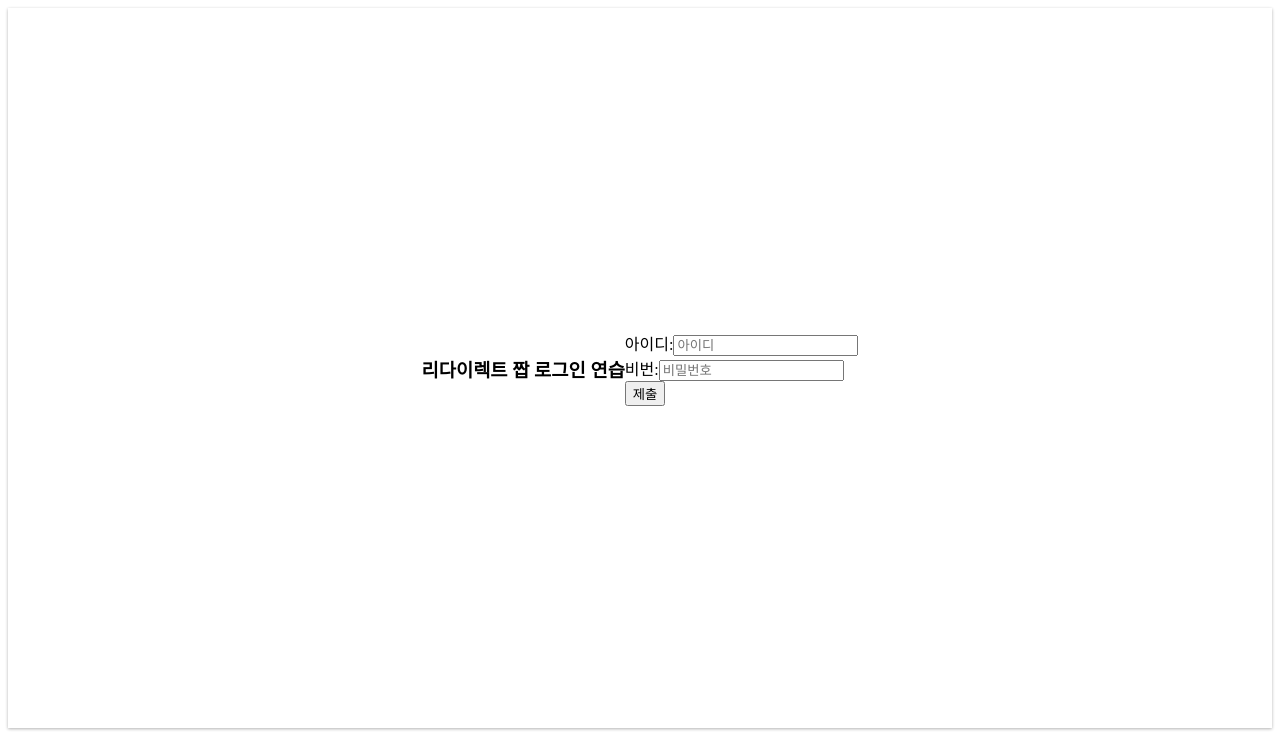
Repository: Muji1412/JSPstudy
Page: http://localhost/JSPbasic/response/Quiz01.jsp
These files come from the project's save history. The page is drawn as it stood at one moment and after the next save; the edit follows.
The browser window is 1280 px wide. The pictures show the whole page.
The page is served by Tomcat 9. Other server files are loaded and not shown.

Above is the page before, as saved 2025-02-20 05:40:34.

### workspace/JSPbasic/src/main/webapp/response/Quiz01.jsp
<%@ page language="java" contentType="text/html; charset=UTF-8"
    pageEncoding="UTF-8"%>
<!DOCTYPE html>
<html>
<head>
<meta charset="UTF-8">
<title>Insert title here</title>
<style type="text/css">
body {}
	.wrap{
		height: 100vh;
		display: flex;
		justify-content: center;
		align-items:center;
		box-shadow: 0 1px 3px rgba(0,0,0,0.3)
	}
</style>
</head>
<body>
	<!--
	css를 적용할때는, class or id 속성을 자주 사용한다.
	내부 스타일 시트 방법으로 선택자를 이용해서 디자인
	 -->

	<div class="wrap">
	<h3>리다이렉트 짭 로그인 연습</h3>

		<form action="quiz01_result.jsp" method="post" class="box">
			아이디:<input type = "text" name= "id" placeholder="아이디"><br>
			비번:<input type = "text" name= "pw" placeholder = "비밀번호"><br>
			<input type = "submit" value= "제출">
		</form>
	</div>

</body>
</html>

After the next save:
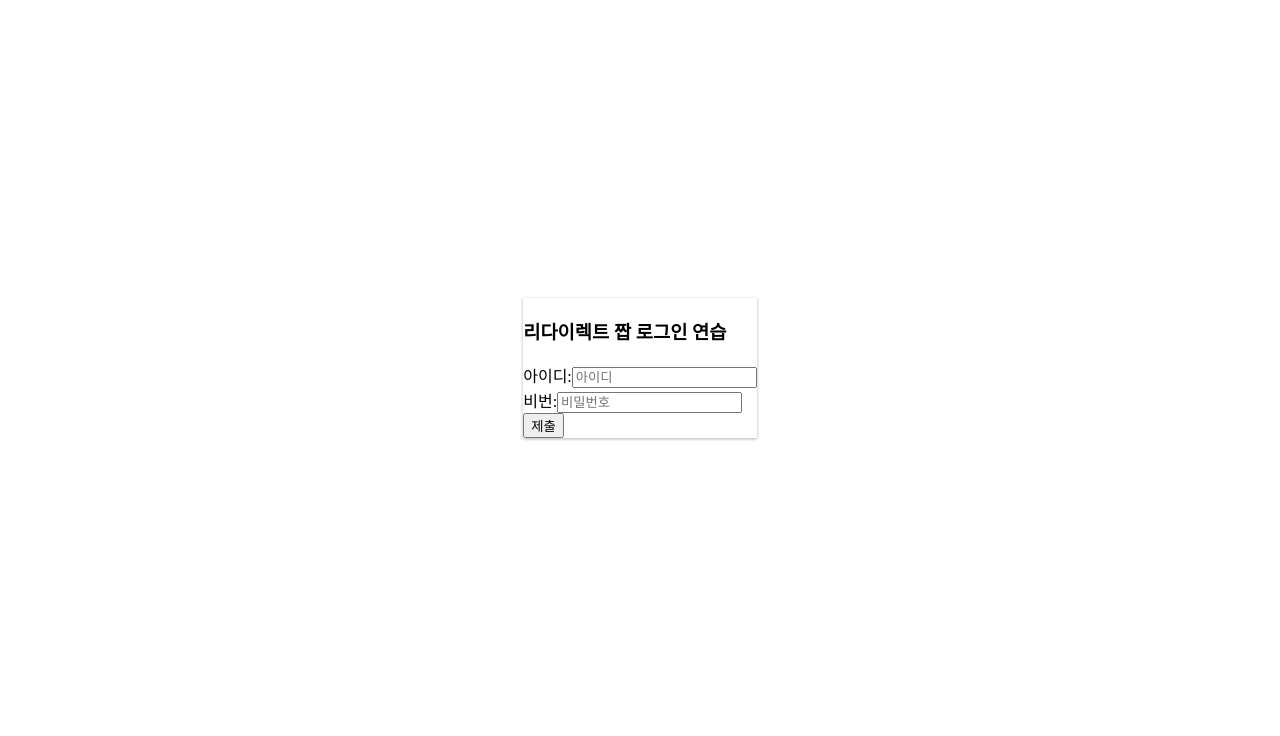
Saved 46 s later.
--- a/workspace/JSPbasic/src/main/webapp/response/Quiz01.jsp
+++ b/workspace/JSPbasic/src/main/webapp/response/Quiz01.jsp
@@ -12,6 +12,10 @@
 		display: flex;
 		justify-content: center;
 		align-items:center;
+
+	}
+
+	.box{
 		box-shadow: 0 1px 3px rgba(0,0,0,0.3)
 	}
 </style>
@@ -23,9 +27,10 @@
 	 -->
 
 	<div class="wrap">
-	<h3>리다이렉트 짭 로그인 연습</h3>
+
 
 		<form action="quiz01_result.jsp" method="post" class="box">
+			<h3>리다이렉트 짭 로그인 연습</h3>
 			아이디:<input type = "text" name= "id" placeholder="아이디"><br>
 			비번:<input type = "text" name= "pw" placeholder = "비밀번호"><br>
 			<input type = "submit" value= "제출">
